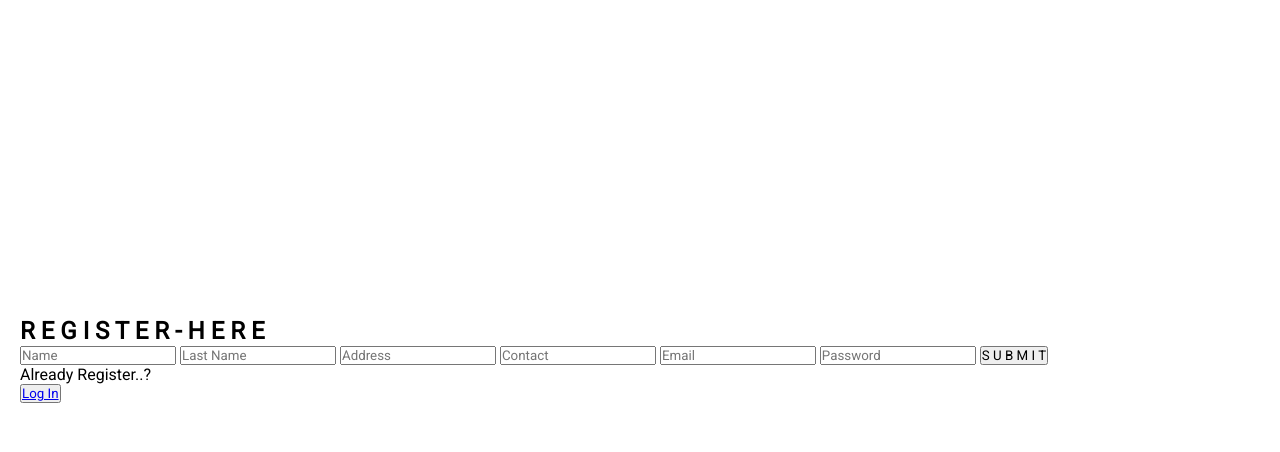
Repository: Krushna26nk/WebApplication
Page: http://localhost/Application/
An editor plug-in stored every save of this project. The page is shown before and after the next save, followed by the edit.
The browser window is 1280 px wide. The pictures show the whole page.
The page is served by Tomcat 9.

Above is the page before, as saved 2019-05-31 13:12:08.

After the next save:
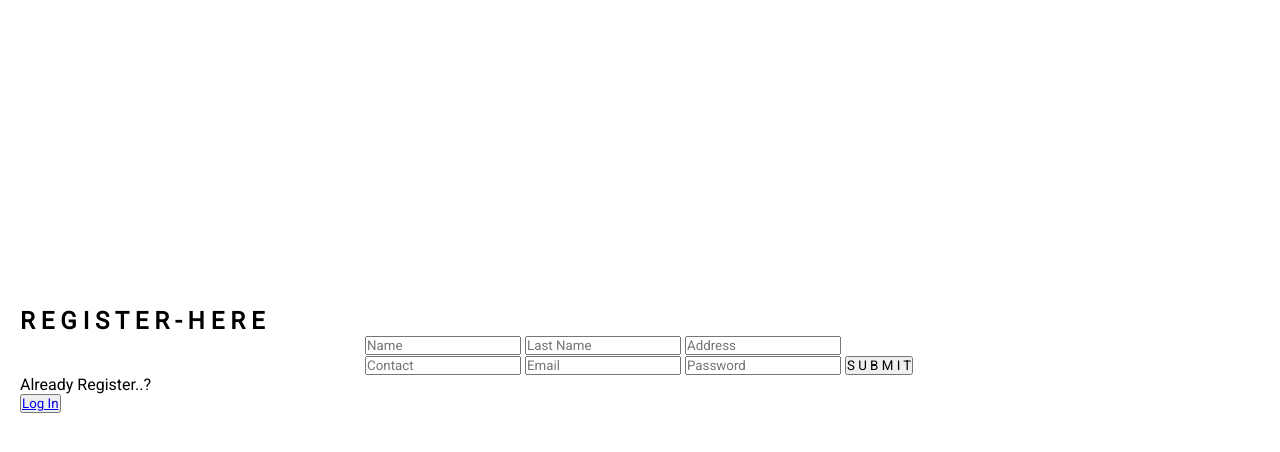
Saved 32 s later.
--- a/web/Application/WebContent/Style.css
+++ b/web/Application/WebContent/Style.css
@@ -16,3 +16,7 @@
 	padding:0px 20px;
 
 }
+.formDiv{
+	max-width:550px;
+	margin:0 auto;
+}
